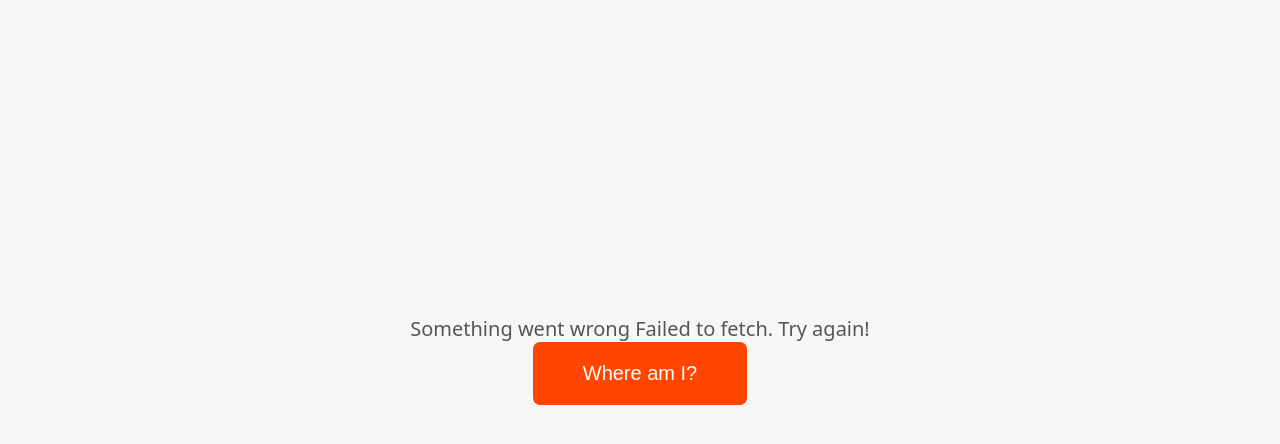
Repository: otvertka/jsc_16
Page: index.html
These files come from the project's save history. The page is drawn as it stood at one moment and after the next save; the edit follows.
The browser window is 1280 px wide. The pictures show the whole page.
The page's requests for data from a server got no answer.

Above is the page before, as saved 2023-03-12 17:19:31.

### index.html
<!DOCTYPE html>
<html lang="en">
  <head>
    <meta charset="UTF-8" />
    <meta name="viewport" content="width=device-width, initial-scale=1.0" />
    <meta http-equiv="X-UA-Compatible" content="ie=edge" />
    <link rel="stylesheet" href="style.css" />
    <script defer src="script.js"></script>
    <title>Asynchronous JavaScript</title>
  </head>
  <body>
    <main class="container">
      <div class="countries">
        <!--
        <article class="country">
          <img class="country__img" src="" />
          <div class="country__data">
            <h3 class="country__name">COUNTRY</h3>
            <h4 class="country__region">REGION</h4>
            <p class="country__row"><span>👫</span>POP people</p>
            <p class="country__row"><span>🗣️</span>LANG</p>
            <p class="country__row"><span>💰</span>CUR</p>
          </div>
        </article>
        -->
      </div>
      <button class="btn-country">Where am I?</button>
      <div class="images"></div>
    </main>
  </body>
</html>

### style.css
* {
  margin: 0;
  padding: 0;
  box-sizing: inherit;
}

html {
  font-size: 62.5%;
  box-sizing: border-box;
}

body {
  font-family: system-ui;
  color: #555;
  background-color: #f7f7f7;
  min-height: 100vh;

  display: flex;
  align-items: center;
  justify-content: center;
}

.container {
  display: flex;
  flex-flow: column;
  align-items: center;
}

.countries {
  /* margin-bottom: 8rem; */
  display: flex;

  font-size: 2rem;
  opacity: 0;
  transition: opacity 1s;
}

.country {
  background-color: #fff;
  box-shadow: 0 2rem 5rem 1rem rgba(0, 0, 0, 0.1);
  font-size: 1.8rem;
  width: 30rem;
  border-radius: 0.7rem;
  margin: 0 3rem;
  /* overflow: hidden; */
}

.neighbour::before {
  content: 'Neighbour country';
  width: 100%;
  position: absolute;
  top: -4rem;

  text-align: center;
  font-size: 1.8rem;
  font-weight: 600;
  text-transform: uppercase;
  color: #888;
}

.neighbour {
  transform: scale(0.8) translateY(1rem);
  margin-left: 0;
}

.country__img {
  width: 30rem;
  height: 17rem;
  object-fit: cover;
  background-color: #eee;
  border-top-left-radius: 0.7rem;
  border-top-right-radius: 0.7rem;
}

.country__data {
  padding: 2.5rem 3.75rem 3rem 3.75rem;
}

.country__name {
  font-size: 2.7rem;
  margin-bottom: 0.7rem;
}

.country__region {
  font-size: 1.4rem;
  margin-bottom: 2.5rem;
  text-transform: uppercase;
  color: #888;
}

.country__row:not(:last-child) {
  margin-bottom: 1rem;
}

.country__row span {
  display: inline-block;
  margin-right: 2rem;
  font-size: 2.4rem;
}

.btn-country {
  border: none;
  font-size: 2rem;
  padding: 2rem 5rem;
  border-radius: 0.7rem;
  color: white;
  background-color: orangered;
  cursor: pointer;
}

.images {
  display: flex;
}

.images img {
  display: block;
  width: 80rem;
  margin: 4rem;
}

.images img.parallel {
  width: 40rem;
  margin: 2rem;
  border: 3rem solid white;
  box-shadow: 0 2rem 5rem 1rem rgba(0, 0, 0, 0.1);
}

### script.js
'use strict';

const btn = document.querySelector('.btn-country');
const countriesContainer = document.querySelector('.countries');

///////////////////////////////////////
const renderCountry = function (data, className = '') {
  console.log(data);
  const html = `
<article class="country ${className}">
    <img class="country__img" src="${data.flags.png}" />
    <div class="country__data">
    <h3 class="country__name">${data.name.common}</h3>
    <h4 class="country__region">${data.region}</h4>
    <p class="country__row"><span>👫</span>${(
      +data.population / 1000000
    ).toFixed(1)} people</p>
    <p class="country__row"><span>🗣️</span>${data.languages.eng}</p>
    <p class="country__row"><span>💰</span>${data.currencies[0]}</p>
    </div>
</article>
`;
  countriesContainer.insertAdjacentHTML('beforeend', html);
  // countriesContainer.style.opacity = 1;
};

const renderError = function (msg) {
  countriesContainer.insertAdjacentText('beforeend', msg);
  // countriesContainer.style.opacity = 1;
};
// const getCountryAndNeighbor = function (country) {
//   // AJAX call country 1
//   const request = new XMLHttpRequest(); // 1. Создать XMLHttpRequest.  Old school AJAX calls
//   // https://github.com/public-apis/public-apis    / REST Countries
//   request.open('GET', `https://restcountries.com/v2/name/${country}`); // 2. Инициализировать(конфигурировать) запрос. Метод XMLHttpRequest.open() инициализирует новый запрос или повторно инициализирует уже созданный.
//   request.send(); // 3. посылаем запрос

//   // 4. Слушать события на request, чтобы получить ответ.Три наиболее используемых события: load;error; progress.
//   // load -когда получен какой-либо ответ, включая ответы с HTTP-ошибкой, например 404.; error- когда запрос не может быть выполнен, например, нет соединения или невалидный URL.; progress- происходит периодически во время загрузки ответа, сообщает о прогрессе.
//   request.addEventListener('load', function () {
//     //   console.log(this.responseText); // this- request .  Огромная строка
//     const [data] = JSON.parse(this.responseText); // Тело ответа сервера. конвертируем и деструктурируем в объект

//     console.log(data); // {name: {…}, tld: Array(2), cca2: 'UA', ccn3: '804', cca3: 'UKR', …}

//     // Render country 1
//     renderCountry(data);

//     // Получаем соседние государства (2)
//     const [neighbour] = data.borders;

//     if (!neighbour) return;

//     // AJAX call country 2
//     const request2 = new XMLHttpRequest(); // Old school AJAX calls
//     request2.open('GET', `https://restcountries.com/v2/alpha/${neighbour}`); // конфигурирует запрос/ https://restcountries.com/v3.1/alpha/{code}
//     request2.send(); // посылаем запрос

//     request2.addEventListener('load', function () {
//       const data2 = JSON.parse(this.responseText);
//       console.log(data2);

//       renderCountry(data2, 'neighbour');
//     });
//   });
// };

// // getCountryAndNeighbor('portugal');
// getCountryAndNeighbor('usa');

// setTimeout(() => {
//   console.log('1 секунда прошла');
//   setTimeout(() => {
//     console.log('2 секунда прошла');
//     setTimeout(() => {
//       console.log('3 секунда прошла');
//       setTimeout(() => {
//         console.log('4 секунда прошла');
//       }, 1000);
//     }, 1000);
//   }, 1000);
// }, 1000);
///////////////////////////////////////////////xxxxxxxxxxxxxxxxxxxx///////////////////////xxxxxxxxxxxxxxxxxxxxxxx///////////////x
// fetch('https://restcountries.com/v3.1/name/portugal').then(data =>
//   data.json().then(data => console.log(data[0]))
// );

const getJSON = function (url, errorMsg = 'Something went wrong') {
  return fetch(url).then(response => {
    if (!response.ok) throw new Error(`${errorMsg} (${response.status})`); // Инструкция throw позволяет генерировать исключения, определяемые пользователем. При этом выполнение текущей функции будет остановлено (инструкции после throw не будут выполнены), и управление будет передано в первый блок catch в стеке вызовов. Если catch блоков среди вызванных функций нет, выполнение программы будет остановлено.

    return response.json();
  });
};

const getCountryData = function (country) {
  // Country 1
  getJSON(`https://restcountries.com/v3.1/name/${country}`, 'Country not found')
    .then(data => {
      console.log(data[0]);
      renderCountry(data[0]);
      const neighbour = data[0].borders[0];
      // console.log('Сосед', neighbour);

      if (!neighbour) return;

      // Country 2
      return getJSON(
        `https://restcountries.com/v3.1/alpha/${neighbour}`,
        'Country not found'
      );
    })

    .then(data => {
      console.log(data);
      renderCountry(data, 'neighbour');
    })

    .catch(err => {
      console.log(`${err} 💥💥💥`);
      renderError(`Something went wrong ${err.message}. Try again!`);
    })
    .finally(() => {
      countriesContainer.style.opacity = 1;
    });
};

/// БЕЗ THROW
// const getCountryData = function (country) {
//   // Country 1
//   fetch(`https://restcountries.com/v3.1/name/${country}`) //   fetch(`https://restcountries.eu/rest/v2/name/${country}`)
//     .then(response => {
//       console.log(response);

//       // throw
//       if (!response.ok)
//         throw new Error(`Country not found (${response.status})`); // Инструкция throw позволяет генерировать исключения, определяемые пользователем. При этом выполнение текущей функции будет остановлено (инструкции после throw не будут выполнены), и управление будет передано в первый блок catch в стеке вызовов. Если catch блоков среди вызванных функций нет, выполнение программы будет остановлено.

//       return response.json();
//     })
//     .then(data => {
//       console.log(data[0]);
//       renderCountry(data[0]);
//       // const neighbour = data[0].borders[0];
//       const neighbour = 'dsadasdasd';
//       // console.log(neighbour);
//       if (!neighbour) return;

//       // Country 2
//       return fetch(`https://restcountries.com/v3.1/alpha/${neighbour}`);
//     })
//     .then(response => {
//       // throw
//       if (!response.ok)
//         throw new Error(`Country not found (${response.status})`); // Инструкция throw позволяет генерировать исключения, определяемые пользователем. При этом выполнение текущей функции будет остановлено (инструкции после throw не будут выполнены), и управление будет передано в первый блок catch в стеке вызовов. Если catch блоков среди вызванных функций нет, выполнение программы будет остановлено.

//       return response.json();
//     })
//     .then(data => renderCountry(data, 'neighbour'))
//     .catch(err => {
//       console.log(`${err} 💥💥💥`);
//       renderError(`Something went wrong ${err.message}. Try again!`);
//     })
//     .finally(() => {
//       countriesContainer.style.opacity = 1;
//     });
// };

// getCountryData('spain');
// // const getCountryData = function (country) {
// //   fetch(`https://restcountries.eu/rest/v2/name/${country}`)
// //     .then(response => response.json())
// //     .then(data => renderCountry(data[0]));
// // };
btn.addEventListener('click', function () {
  getCountryData('portugal');
});
getCountryData('portugal');
///////////////////////////////////////////////xxxxxxxxxxxxxxxxxxxx///////////////////////xxxxxxxxxxxxxxxxxxxxxxx///////////////x
// VLADILEN
// console.log('Запрос данных...');
// setTimeout(() => {
//   console.log('Подготовка данных...');

//   const backendData = {
//     server: 'aws',
//     port: 2000,
//     status: 'working',
//   };

//   setTimeout(() => {
//     backendData.modified = true;
//     console.log('Данные получено', backendData);
//   });
// }, 2000);

// const p = new Promise(function (resolve, reject) {
//   setTimeout(() => {
//     console.log('Подготовка данных...');

//     const backendData = {
//       server: 'aws',
//       port: 2000,
//       status: 'working',
//     };
//     resolve(backendData); // результат успешной операции
//   }, 2000);
// });

// // then вызовется когда закончится асинхронная операция (resolve)
// p.then(data => {
//   // когда промис выполнится мы делаем следующую асинхронную операцию
//   return new Promise((resolve, reject) => {
//     setTimeout(() => {
//       data.modified = true;
//       resolve(data);
//     }, 2000);
//   });
// })

//   .then(clientData => {
//     console.log('Данные получено', clientData);
//     clientData.fromPromise = true;
//     return clientData;
//   })
//   .then(data => {
//     console.log('Modified', data);
//   })
//   .catch(err => {
//     console.log('Ошибка:', err);
//   })
//   .finally(() => console.log('Finally'));

// const sleep = ms => {
//   return new Promise(resolve => {
//     setTimeout(() => resolve(), ms);
//   });
// };

// // sleep(2000).then(() => console.log('After 2 sec'));
// // sleep(3000).then(() => console.log('After 3 sec'));

// Promise.all([sleep(2000), sleep(5000)]).then(() => {
//   console.log('All promises');
// }); // Выполнится когда все промисы завершатся (через 5 секун)

// Promise.race([sleep(2000), sleep(5000)]).then(() => {
//   console.log('Race promises'); // ВЫполнится сразу, когда 1й промис отработает
// });

// const delay = ms => {
//   return new Promise(resolve => {
//     setTimeout(() => resolve(), ms);
//   });
// };
// const url = 'https://jsonplaceholder.typicode.com/todos';

// function fetchTodos() {
//   console.log('Fetch todo started...');
//   return delay(2000)
//     .then(() => fetch(url))
//     .then(response => response.json());
// }

// fetchTodos()
//   .then(data => {
//     console.log('Data:', data);
//   })
//   .catch(e => console.log(e));

// async function fetchAsyncTodos() {
//   console.log('Fetch todo started...');
//   try {
//     await delay(2000);
//     const response = await fetch(url);
//     const data = response.json();
//     console.log('Data:', data);
//   } catch (e) {
//     console.log(e);
//   } finally {
//     console.log('finally');
//   }
// }

// fetchAsyncTodos();

///
// fetch('http://getpost.itgid.info/index2.php').then(data => {
//   console.log(data);
// });

After the next save:
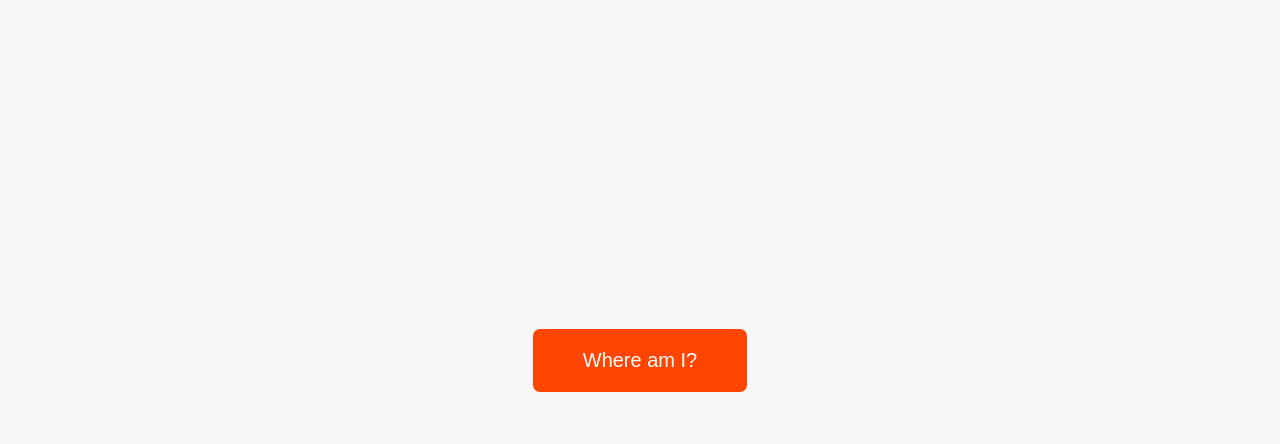
Console error: SyntaxError: missing ) after argument list
Saved 2 min 9 s later.
--- a/script.js
+++ b/script.js
@@ -5,7 +5,7 @@
 
 ///////////////////////////////////////
 const renderCountry = function (data, className = '') {
-  console.log(data);
+  console.log(data.flags;
   const html = `
 <article class="country ${className}">
     <img class="country__img" src="${data.flags.png}" />

After the save that followed:
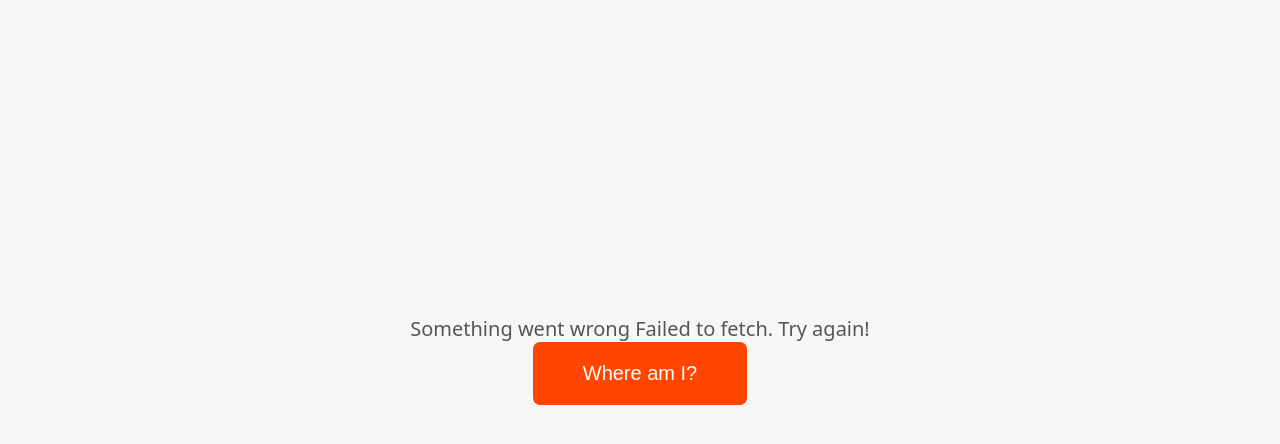
The error is gone.
Saved 5 s later.
--- a/script.js
+++ b/script.js
@@ -5,7 +5,7 @@
 
 ///////////////////////////////////////
 const renderCountry = function (data, className = '') {
-  console.log(data.flags;
+  console.log(data.flags);
   const html = `
 <article class="country ${className}">
     <img class="country__img" src="${data.flags.png}" />
